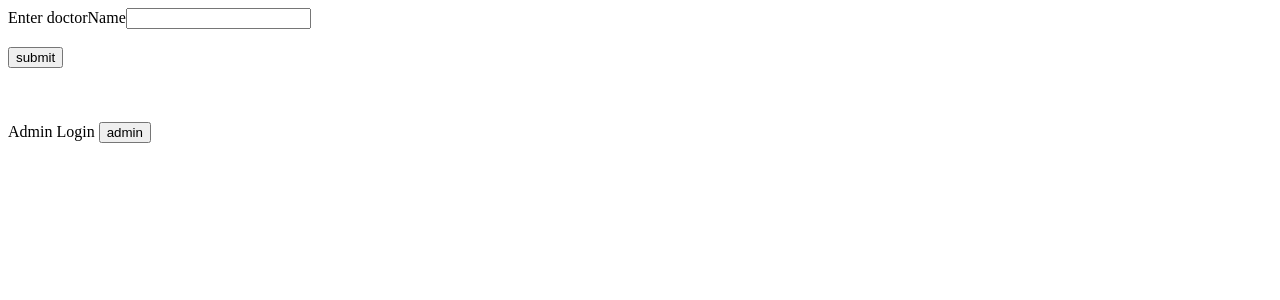
Repository: Kavya-C1/eclipsejava
Page: http://localhost/DoctorAppMaven/
An editor plug-in stored every save of this project. The page is shown before and after a run of saves, followed by the edit.
The browser window is 1280 px wide. The pictures show the whole page.
The page is served by Tomcat 9.

Above is the page before, as saved 2024-03-15 07:16:49.

After the next 3 saves:
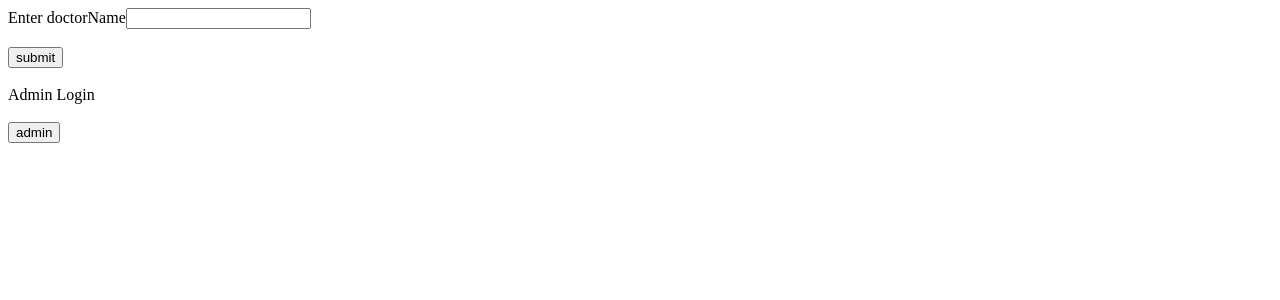
The 3 saves are shown as one change because they came seconds apart.
The last was saved 18 s later.
--- a/DoctorAppMaven/src/main/webapp/index.jsp
+++ b/DoctorAppMaven/src/main/webapp/index.jsp
@@ -12,8 +12,11 @@
 Enter doctorName<input type="text" name="doctorName"><br><br>
 <input type="submit" value="submit">
 
-<br><br><br><br>
+<br><br>
+
+
 Admin Login
+<br><br>
 <input type="submit" value="admin">
 </form>
 
